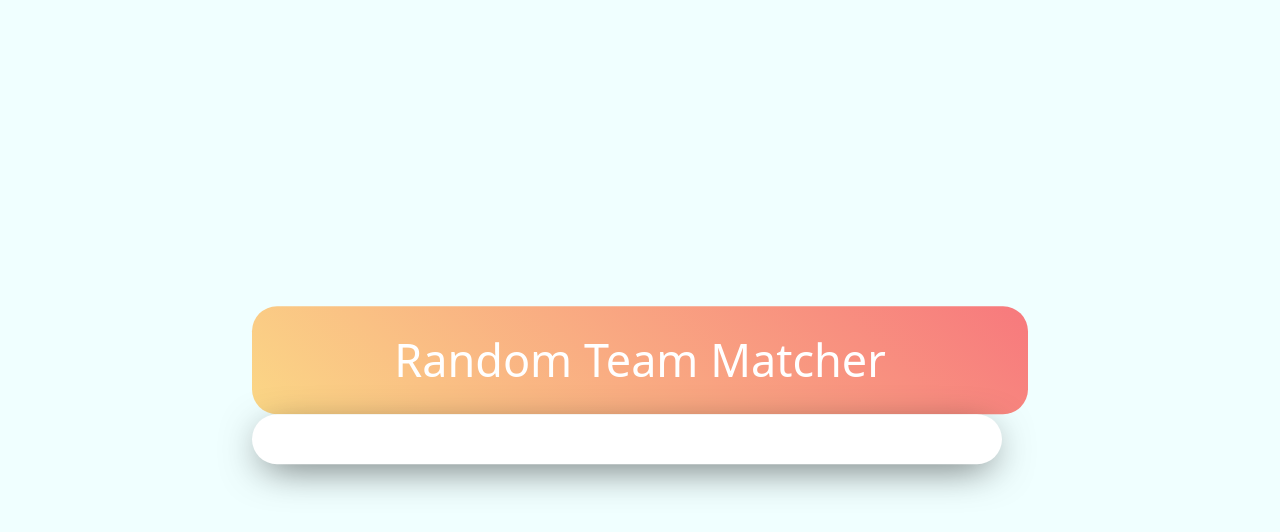
Repository: seleco29/Random-Team-Matcher-Servlet-Jsp
Page: http://localhost/Random_Team_Matcher_v2.0/include/enterTeamNameHeader.jsp
These files come from the project's save history. The page is drawn as it stood at one moment and after the next save; the edit follows.
The browser window is 1280 px wide. The pictures show the whole page.
The page is served by Tomcat 9. Other server files are loaded and not shown.

Above is the page before, as saved 2023-01-21 14:21:53.

### Random Team Matcher v2.0/src/main/webapp/include/enterTeamNameHeader.jsp
<!DOCTYPE html>
<html lang="en">
  <head>
    <meta charset="UTF-8" />
    <meta http-equiv="X-UA-Compatible" content="IE=edge" />
    <meta name="viewport" content="width=device-width, initial-scale=1.0" />
    <title>Document</title>
      <link rel="stylesheet" href="<%=request.getContextPath()%>/css/bootstrap.css" />
    <link rel="stylesheet" href="<%=request.getContextPath()%>/assets/enterTeamName.css" />

  </head>
  <body>
    <div class="container">
      <header class="heading">Random Team Matcher</header>
      <div class="col col-md-6">
        <div class="myCol ">

### Random Team Matcher v2.0/src/main/webapp/assets/enterTeamName.css
*{
    /* margin: 0;
    padding:0; */
    box-sizing: border-box;
}
body{
    background-color: azure;
}
.container{
    position: absolute;
    align-content:center;
    width: 800px;
    top: 50%;
    left: 50%;
    transform: translate(-50%,-50%);
}
.heading{
   	margin-top: 50px;
    padding: 20px 0px 20px 0px;
    font-size: 45px;
    border-radius: 25px;
    background-image:linear-gradient(45deg,#FBD786,#f7797d) ;
    color: #fff;
    display: flex;
    justify-content: center;
}

.input{
    font-size:  17px;
    width: 300px;
    border-radius: 25px;
    border: none;
    background-color: #ede6e6;
    padding: 10px 0px 10px 30px;
}
.input:focus{
    outline: none;
    }
.myCol{

    display: flex;
    justify-content: center;
    border-radius: 25px;
    background-color: #fff;
    width: 750px;
    box-shadow: 0px 10px 40px -10px rgba(0,0,0,0.7);
    padding-bottom: 50px;
}

.list{
    padding: 25px 0px 25px 0px;
}
.listElment{
    list-style-type: none;
    padding: 5px 0px 5px 0px;
    margin: 10px 0px 10px 0px;
}
.submitBtn{
color: #fff;
   width: 100px;
   border-radius: 25px;
   border: none;
   padding: 10px  ;
   background-color: #f7797d;

}

Loaded but not shown: Random Team Matcher v2.0/src/main/webapp/css/bootstrap.css (library)

After the next save:
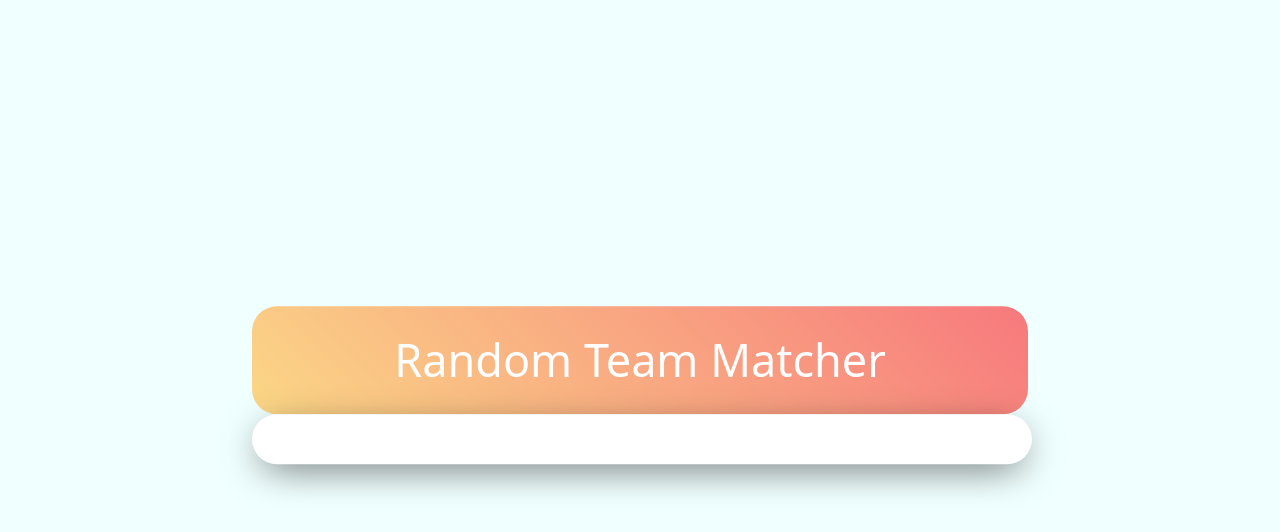
Saved 14 s later.
--- a/Random Team Matcher v2.0/src/main/webapp/assets/enterTeamName.css
+++ b/Random Team Matcher v2.0/src/main/webapp/assets/enterTeamName.css
@@ -42,7 +42,7 @@ body{
     justify-content: center;
     border-radius: 25px;
     background-color: #fff;
-    width: 750px;
+    width: 780px;
     box-shadow: 0px 10px 40px -10px rgba(0,0,0,0.7);
     padding-bottom: 50px;
 }
